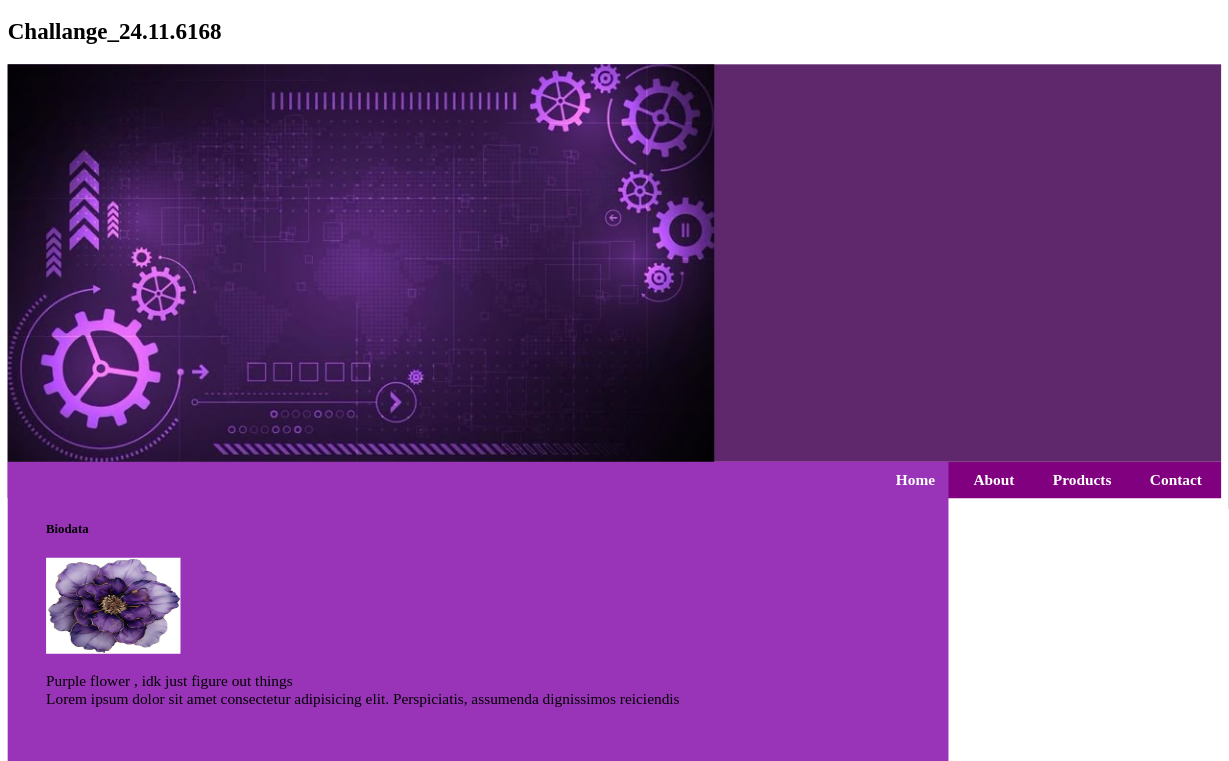
Repository: Ms-Ulfiyahrustam/p5_pemogramanweb
Page: index.html
An editor plug-in stored every save of this project. The page is shown before and after the next save, followed by the edit.
The browser window is 1280 px wide. The pictures show the whole page, at 96% of full size.

Above is the page before, as saved 2026-04-27 09:35:32.

### index.html
<!DOCTYPE html>
<html lang="en">
<head>
    <meta charset="UTF-8">
    <meta name="viewport" content="width=device-width, initial-scale=1.0">
    <link rel="stylesheet" href="style.css">
    <title>Document</title>
</head>
<body class="">
    <h2>Challange_24.11.6168</h2>
    <div class="flex-container">
        <img src="download.jpg" alt="">
    </div>
    <div class="leftside">
        <h5>Biodata</h5>
        <img src="purple.jpg" alt="" width="140" height="100" >
        <p>Purple flower , idk just figure out things <br>
            Lorem ipsum dolor sit amet consectetur adipisicing elit. Perspiciatis, assumenda dignissimos reiciendis  <br>
        </p>
    </div>
    <div class="midplace">
<nav class="menu">
  <ul>
    <li><a href="#">Home</a></li>
    <li><a href="#">About</a></li>
    <li><a href="#">Products</a></li>
    <li><a href="#">Contact</a></li>
  </ul>
</nav>
        </div>
</body>
</html>

### style.css


.flex-container{
    display: flex;
    background-color: rgb(95, 40, 109);
    margin: auto;
}

.leftside{
    width:900px;
    padding: 40px;
    float:left;
    background-color: rgb(153, 52, 184);

}

.rightside{

}

.midplace{
    background-color: purple;
    color: azure;

}

.menu {
  background-color: purple;
  padding: 10px 0;
}

.menu ul {
  display: flex;
  justify-content: right;
  list-style: none;
  margin: 0;
  padding: 0;
}

.menu li {
  margin: 0 20px;
}

.menu a {
  text-decoration: none;
  color: white;
  font-weight: bold;
}

After the next save:
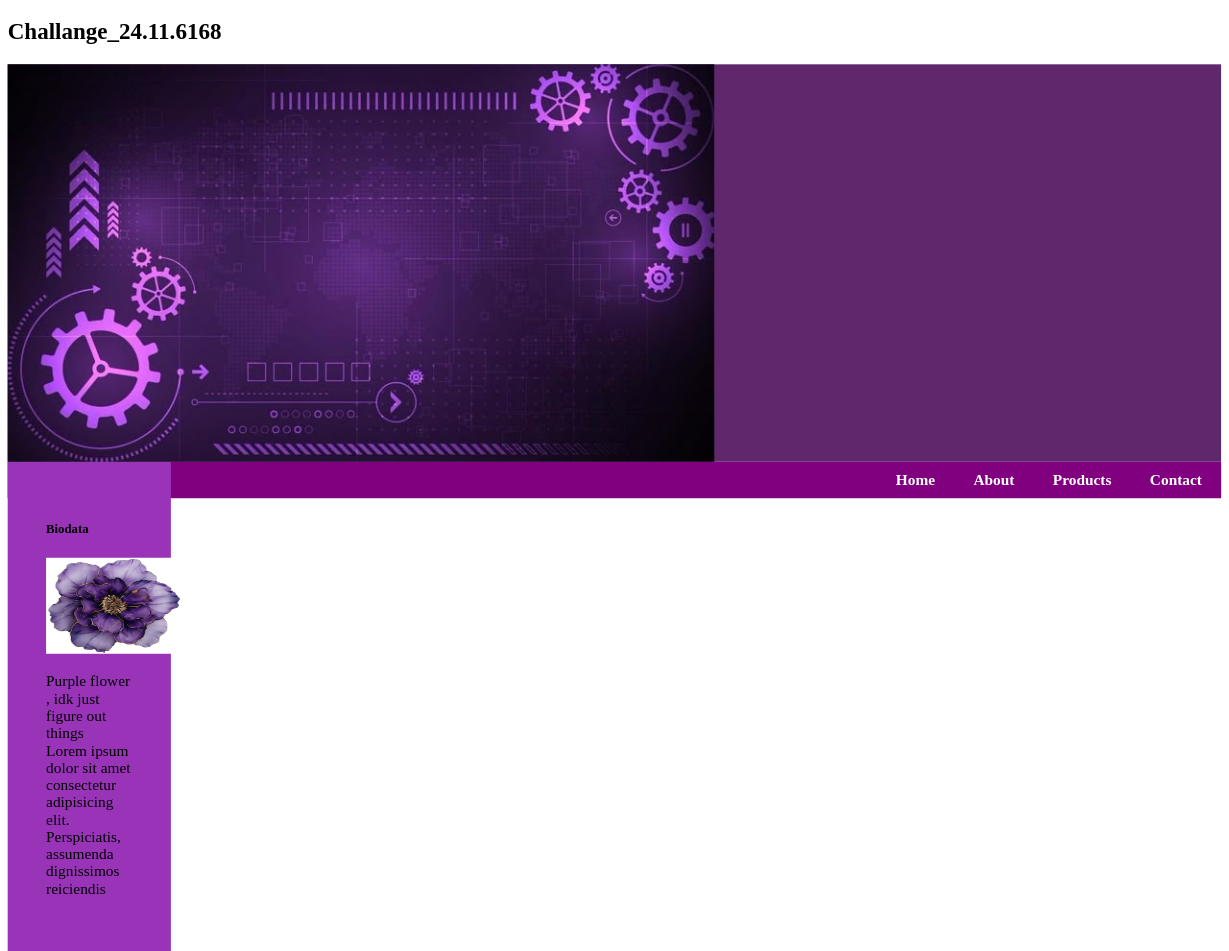
Saved 14 s later.
--- a/style.css
+++ b/style.css
@@ -7,7 +7,7 @@
 }
 
 .leftside{
-    width:900px;
+    width:90px;
     padding: 40px;
     float:left;
     background-color: rgb(153, 52, 184);
